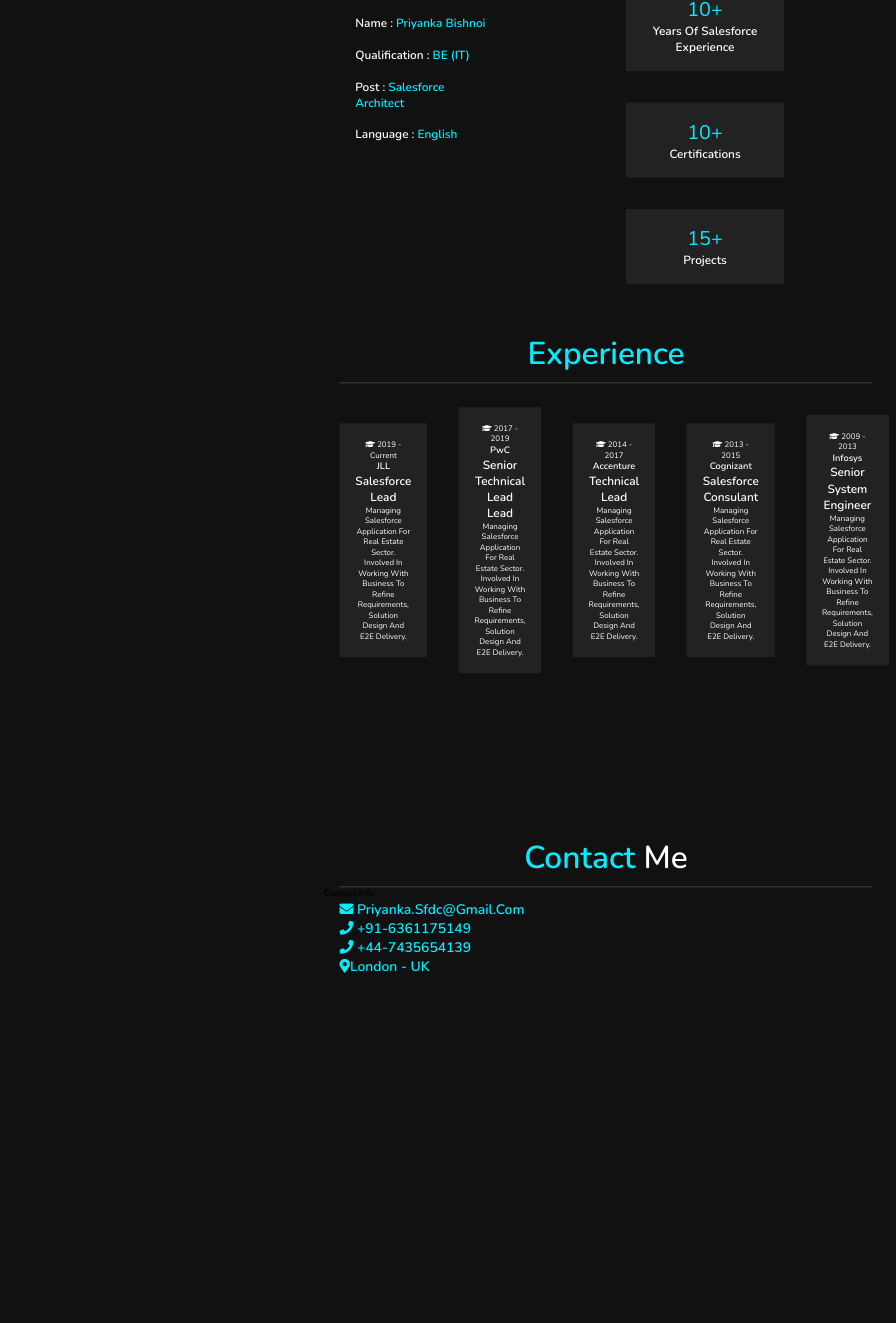
Repository: priyanka-bishnoi/PortfolioPage
Page: MyPage.html
An editor plug-in stored every save of this project. The page is shown before and after the next save, followed by the edit.
The browser window is 1280 px wide. The pictures show the part of the page from y = 1032 to 2952 px (the page is 2922 px tall before and 2952 px after), at 70% of full size.

Above is the page before, as saved 2022-10-09 14:50:32.

### MyPage.html
<!DOCTYPE html>
<html>
<head>
     <!-- font awesome cdn link  -->
     <link rel="stylesheet" href="https://cdnjs.cloudflare.com/ajax/libs/font-awesome/5.15.2/css/all.min.css">
    <link rel="stylesheet" href="css/style.css">

</head>
<body>
<header>
    <div class= "user">
        <img src="Background1.jpg"/>
        <h1 class="name" >Priyanka Bishnoi</h1>
        <p class="post" >Salesforce Consultant</p>
    </div>

    <nav class="navBar">
        <ul>
            <li> <a href="#home">Home</a></li>
            <li> <a href="#about">About</a></li>
            <li> <a href="#experience">Experience</a></li>
            <li> <a href="#portfolio">Portfolio</a></li>
            <li> <a href="#contact">Contact</a></li>

        </ul>


    </nav>


</header>

<!-- Home-->

<section class="home" id="home">

    <h3>HI THERE !</h3>
    <h1>I'M <span>Priyanka Bishnoi</span></h1>
    <p>Lorem ipsum dolor sit amet consectetur adipisicing elit. Distinctio deserunt aspernatur fugiat minus enim ullam repudiandae sint sed magnam tenetur! Lorem ipsum dolor sit amet consectetur adipisicing elit. Necessitatibus, at.
    </p>
    <a href="#about"><button class="btn">about me </button></a>


</section>

<section class="about" id="about">
<h1 class="heading"> <span>About </span>Me</h1>

<div class="row">
    <div class="info">
        <h3>  name : <span> priyanka bishnoi </span></h3>
        <h3> qualification :  <span> BE (IT) </span> </h3>
        <h3>  post : <span>Salesforce Architect </span>  </h3>
        <h3> language :<span> English  </span>  </h3>
    </div>

    <div class="counter">
        <div class="box">
            <span>13+</span>
            <h3>years of IT experience</h3>
        </div>

        <div class="box">
            <span>10+</span>
            <h3>years of Salesforce Experience</h3>
        </div>

        <div class="box">
            <span>10+</span>
            <h3>Certifications</h3>
        </div>

        <div class="box">
            <span>15+</span>
            <h3>Projects</h3>
        </div>
    </div>
</div>
</section>

<section class="experience" id="experience">

        <h1 class="heading"> <span>Experience </span></h1>

        <div class="exp">
                <div class="box">
                    <i class="fas fa-graduation-cap"></i>
                    <span>2019 - Current</span>
                    <h3>JLL</h3>
                    <h2>Salesforce Lead</h2>
                    <p>Managing Salesforce application for Real Estate Sector. Involved in working with business to refine requirements, solution design and E2E delivery.</p>
                </div>
                <div class="box">
                    <i class="fas fa-graduation-cap"></i>
                    <span>2017 - 2019</span>
                    <h3>PwC</h3>
                    <h2>Senior Technical Lead Lead</h2>
                    <p>Managing Salesforce application for Real Estate Sector. Involved in working with business to refine requirements, solution design and E2E delivery.</p>
                </div>
                <div class="box">
                    <i class="fas fa-graduation-cap"></i>
                    <span>2014 - 2017</span>
                    <h3>Accenture</h3>
                    <h2>Technical Lead</h2>
                    <p>Managing Salesforce application for Real Estate Sector. Involved in working with business to refine requirements, solution design and E2E delivery.</p>
                </div>
                <div class="box">
                    <i class="fas fa-graduation-cap"></i>
                    <span>2013 - 2015</span>
                    <h3>Cognizant</h3>
                    <h2>Salesforce Consulant</h2>
                    <p>Managing Salesforce application for Real Estate Sector. Involved in working with business to refine requirements, solution design and E2E delivery.</p>
                </div>
                <div class="box">
                    <i class="fas fa-graduation-cap"></i>
                    <span>2009 - 2013</span>
                    <h3>Infosys</h3>
                    <h2>Senior System Engineer</h2>
                    <p>Managing Salesforce application for Real Estate Sector. Involved in working with business to refine requirements, solution design and E2E delivery.</p>
                </div>


        </div>

</section>


<section class="contact" id="contact">
    <h1 class="heading"> <span>Contact </span>Me</h1>

    <div class="row">
        <div class="content">

            <h3 class="title">contact info</h3>

            <div class="info">
                <h3> <i class="fas fa-envelope"></i> priyanka.sfdc@gmail.com </h3>
                <h3> <i class="fas fa-phone"></i> +91-6361175149</h3>
                <h3> <i class="fas fa-phone"></i> +44-7435654139 </h3>
                <h3> <i class="fas fa-map-marker-alt"></i>London - UK </h3>
            </div>

        </div>
    </div>
</section>


</body>
</html>

### css/style.css
@import url('https://fonts.googleapis.com/css2?family=Nunito:wght@200;300;400;600&display=swap');
:root{
    --orange:rgb(0, 238, 255);
}
*{
    font-family: 'Nunito', sans-serif;
    margin:0;
    padding:0;
    box-sizing:border-box;
    text-decoration:none;
    text-transform:capitalize;
    transition:all .2s linear;
}
html {
    font-size:70.5%;
    overflow-x:hidden;
}
body{
    background:#111;
    overflow-x: hidden;
    padding-left: 40rem;
}

section{
    min-height: 100vh;
    padding:1rem;
}

.btn{
    padding:.7rem 3rem;
    background:#333;
    color:#fff;
    cursor: pointer;
    margin-top: 1rem;
    font-size: 1.5rem;
    border-radius: 5rem;
}

.btn:hover{
    background:var(--orange);
}

.heading{
    text-align: center;
    margin:0 2rem;
    font-size: 4rem;
    padding:1rem;
    border-bottom: .1rem solid #fff4;
    color:#fff;
}

.heading span{
    color:var(--orange);
}

header {
    position:fixed;
    top:0; left:0;
    z-index:1000;
    height:100%;
    width:35rem;
    background:black;
    display:flex;
    align-items: center;
    justify-content: center;
    flex-flow: column;
    text-align: center;
}

header .user img {
    height: 17rem;
    width: 17rem;
    border-radius: 50%;
    object-fit: cover;
    margin-bottom: 1rem;
    border: 0.7rem solid var(--orange);
}
header .user .name {
    font-size: 2.5rem;
    color: antiquewhite;
}
header .user .post{
    font-size: 2rem;
    color: antiquewhite;
}

header .navBar {
    font-size : 2rem;
}
header .navBar ul{
    list-style: none;
    padding:1rem 2rem;
}
header .navBar ul li a{
    display: block;
    padding:1rem;
    margin:1.5rem 0;
    background:#333;
    color:#fff;
    font-size: 1.5rem;
    border-radius: 5rem;
}

header .navBar ul li a:hover{
    background:rgb(0, 238, 255);
}


.home{
    display: flex;
    justify-content: center;
    flex-flow: column;
    padding:0 15rem;
}

.home h3{
    font-size: 2rem;
    color:#fff;
}

.home h1{
    font-size:2rem;
    color:#fff;
}

.home h1 span{
    color:var(--orange);
}

.home p{
    font-size:1.8rem;
    color:#eee;
    padding: 1rem 0;
}

.about {
 color:white;
}
.about .row {
    display: flex;
    justify-content: flex-start;
    flex-wrap: nowrap;
    padding: 1rem 0;
    flex-direction: row;
    align-content: space-around;
    align-items: center;
}
.about .row .info {

    display: block;
    justify-content: center;
    padding-left: 1rem;
    padding-top: 0rem;
    padding-right: 1rem;
    margin: 0 1rem;
    font-size: 1.5rem;

}
.about h3 span{
    color:var(--orange);
}
.about .row .info h3 {

    display: block;
    justify-content: center;
    padding: 1rem;
    margin: 0 1rem;
    font-size: 1.5rem;

}

.about .row .counter{
    flex:1 1 48rem;
    display: flex;
    justify-content: center;
    flex-wrap: wrap;
}

.about .row .counter .box{
    width:20rem;
    background:#222;
    text-align: center;
    padding: 2rem;
    margin:2rem;
}

.about .row .counter .box span{
    font-size: 2.5rem;
    color:var(--orange);
}

.about .row .counter .box h3{
    font-size: 1.5rem;
    color:#fff;
}

.experience {
    color:white;
   }
.experience .exp {
       display: flex;
       justify-content: flex-start;
       flex-wrap: nowrap;
       padding: 1rem 0;
       flex-direction: row;
       align-content: space-around;
       align-items: center;
}

.experience .exp .box {
    width:20rem;
    background:#222;
    text-align: center;
    padding: 2rem;
    margin:2rem;
}



.contact .row .content .info {

    display: block;
    justify-content: center;
    padding-left: 1rem;
    padding-top: 0rem;
    padding-right: 1rem;
    margin: 0 1rem;
    font-size: 1.5rem;
    color:var(--orange);

}
.contact h3 span{
    color:var(--orange);
}

After the next save:
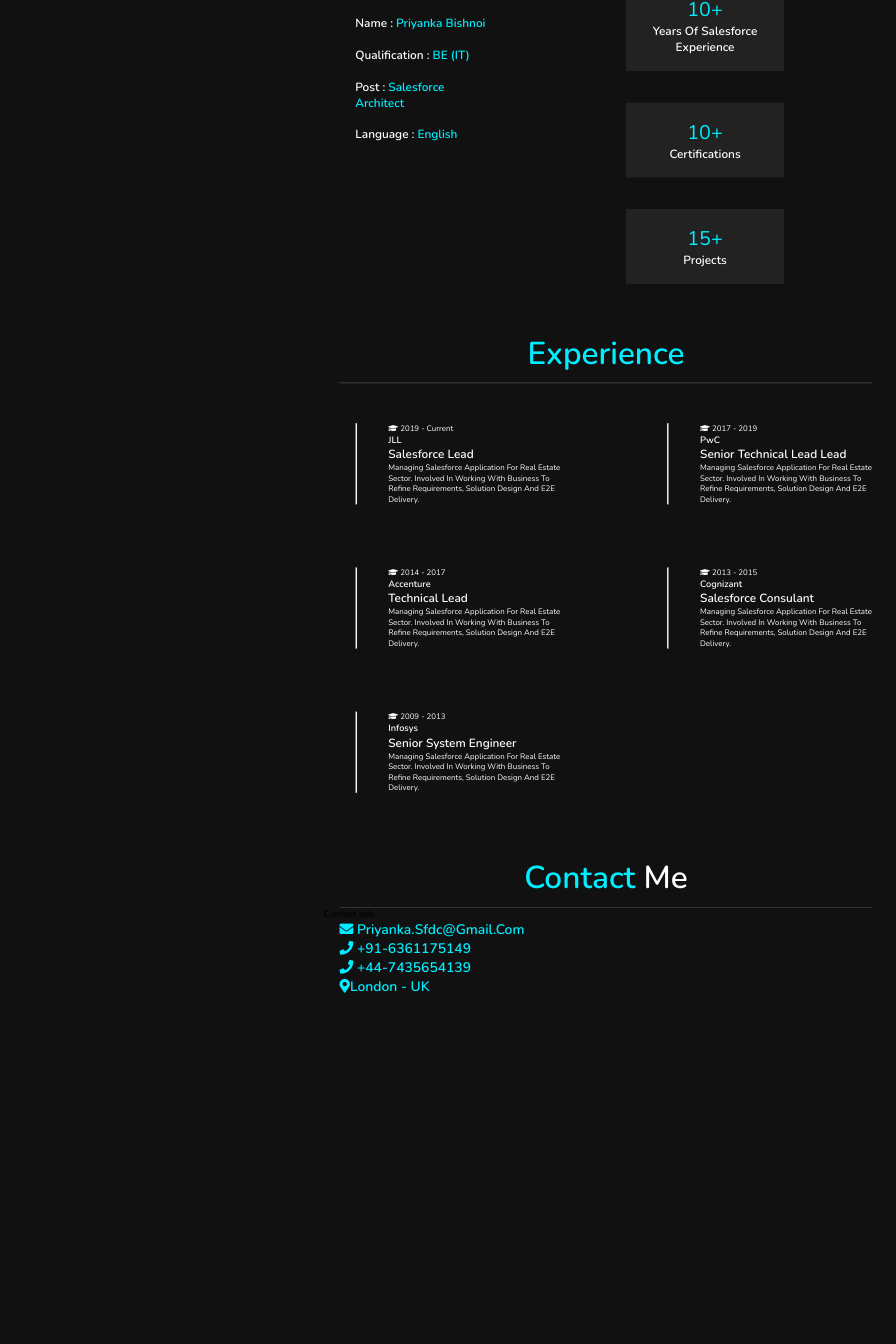
Saved 16 min 28 s later.
--- a/css/style.css
+++ b/css/style.css
@@ -197,22 +197,21 @@
 .experience {
     color:white;
    }
-.experience .exp {
-       display: flex;
-       justify-content: flex-start;
-       flex-wrap: nowrap;
-       padding: 1rem 0;
-       flex-direction: row;
-       align-content: space-around;
-       align-items: center;
-}
-
-.experience .exp .box {
-    width:20rem;
-    background:#222;
-    text-align: center;
-    padding: 2rem;
-    margin:2rem;
+.experience .exp{
+    display: flex;
+    align-items: center;
+    justify-content: space-between;
+    flex-wrap: wrap;
+    padding:1rem 0;
+    padding-left: 3rem;
+}
+
+.experience .exp .box{
+    width:27rem;
+    margin:4rem 1rem;
+    padding-left: 4rem;
+    border-left: .2rem solid #fff;
+    position: relative;
 }
 
 

After the save that followed:
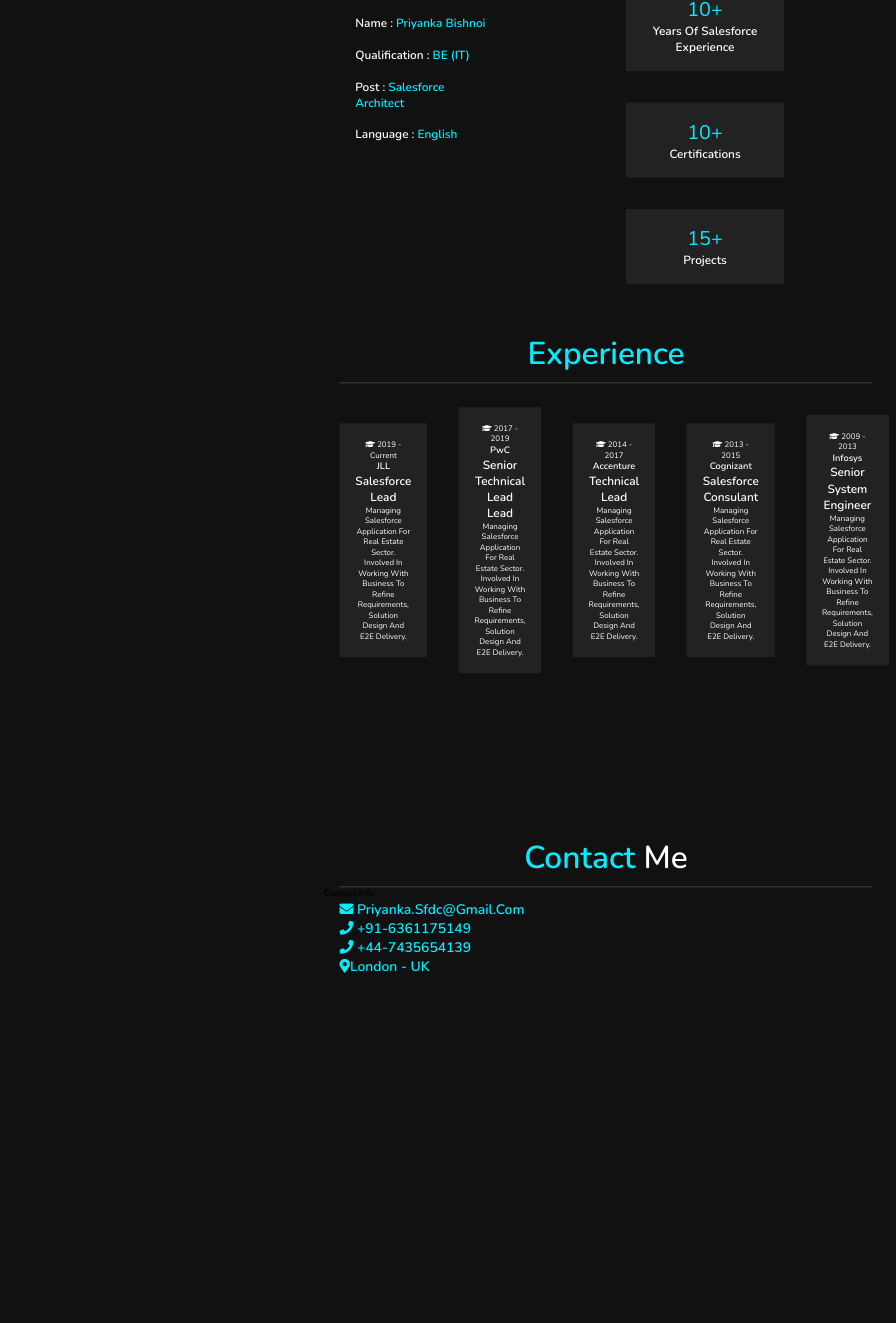
Saved 2 min 22 s later.
--- a/css/style.css
+++ b/css/style.css
@@ -197,21 +197,22 @@
 .experience {
     color:white;
    }
-.experience .exp{
-    display: flex;
-    align-items: center;
-    justify-content: space-between;
-    flex-wrap: wrap;
-    padding:1rem 0;
-    padding-left: 3rem;
-}
-
-.experience .exp .box{
-    width:27rem;
-    margin:4rem 1rem;
-    padding-left: 4rem;
-    border-left: .2rem solid #fff;
-    position: relative;
+.experience .exp {
+       display: flex;
+       justify-content: flex-start;
+       flex-wrap: nowrap;
+       padding: 1rem 0;
+       flex-direction: row;
+       align-content: space-around;
+       align-items: center;
+}
+
+.experience .exp .box {
+    width:20rem;
+    background:#222;
+    text-align: center;
+    padding: 2rem;
+    margin:2rem;
 }
 
 
